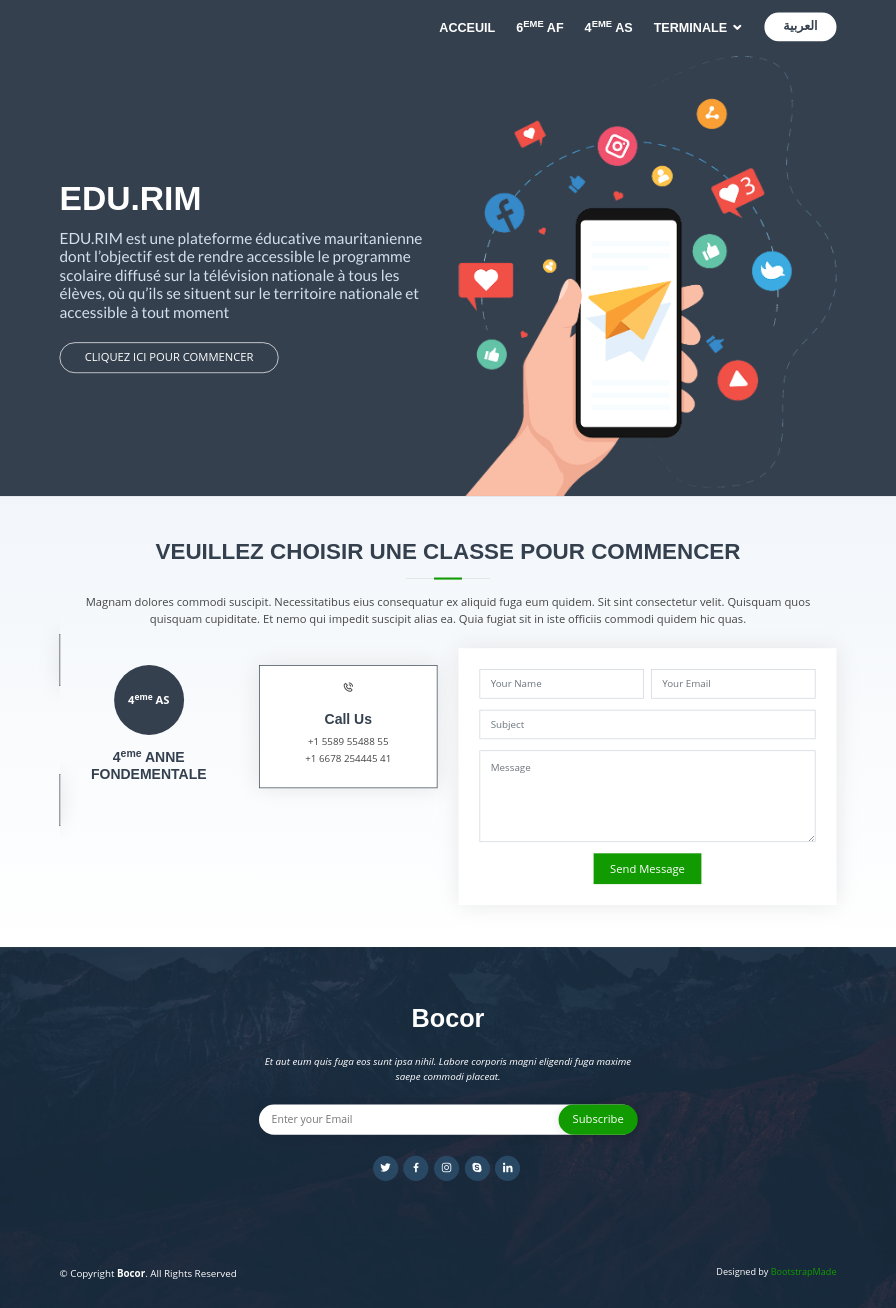
Repository: athiemohamed/courat
Page: http://localhost/
The author's editor kept a copy of each file at every save. The page is drawn from the files as they stood at one save, then again after a run of saves.
The browser window is 1280 px wide. The pictures show the whole page, at 70% of full size.
Some web fonts or font styles are not loaded; a fallback is used. The page is run by PHP 8.4 with error messages shown; the project is at /var/www/html/.

Above is the page before, as saved 2020-03-26 13:16:12.

After the next 3 saves:
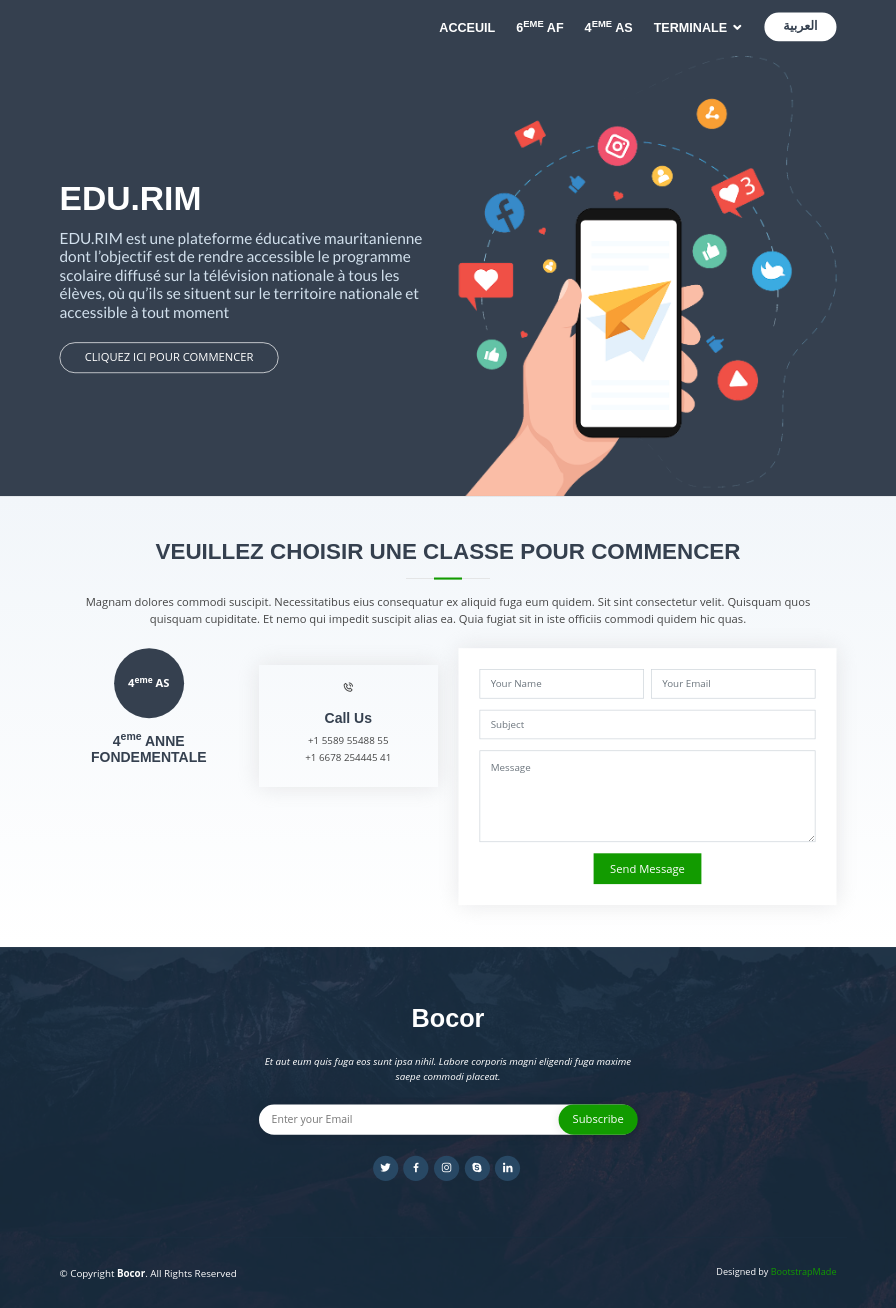
The 3 saves are shown as one change because they came seconds apart.
The last was saved 13 s later.
--- a/assets/css/style.css
+++ b/assets/css/style.css
@@ -1015,8 +1015,7 @@ section {
   text-align: center;
   box-shadow: 0 0 30px rgba(214, 215, 216, 0.6);
   padding: 20px 0 30px 0;
-  background: #fff;
-  border: 1px solid #35404f;
+  background: ##35404f;
 }
 
 
